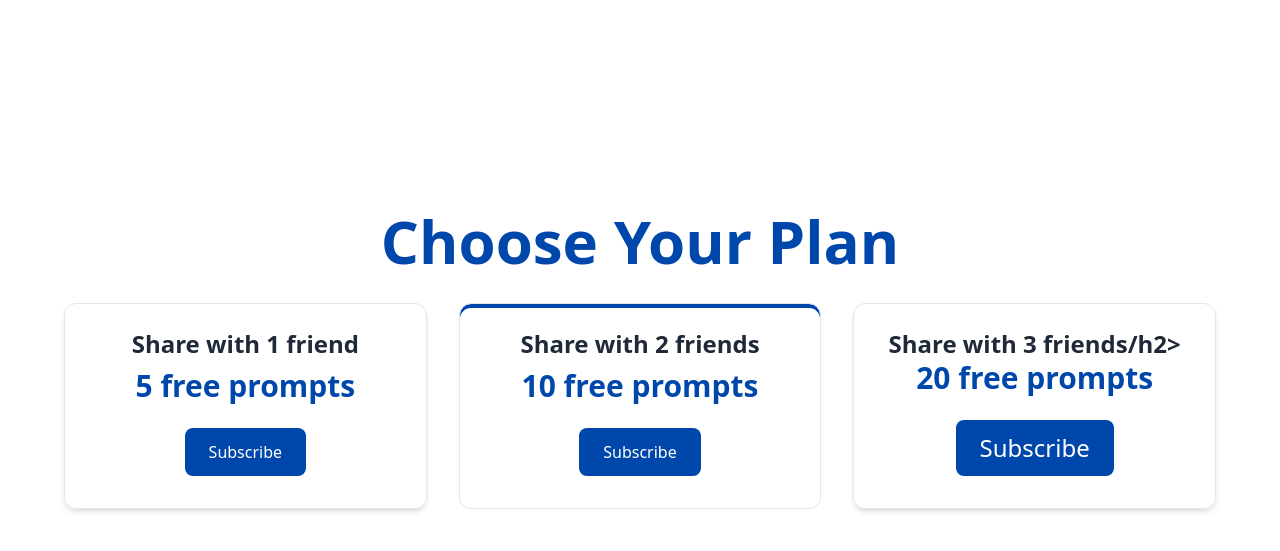
Repository: AvivGranot/IZZY
Page: public/share.html
An editor plug-in stored every save of this project. The page is shown before and after the next save, followed by the edit.
The browser window is 1280 px wide. The pictures show the whole page.
Some web libraries are served in a nearby version.

Above is the page before, as saved 2025-04-10 20:17:40.

After the next save:
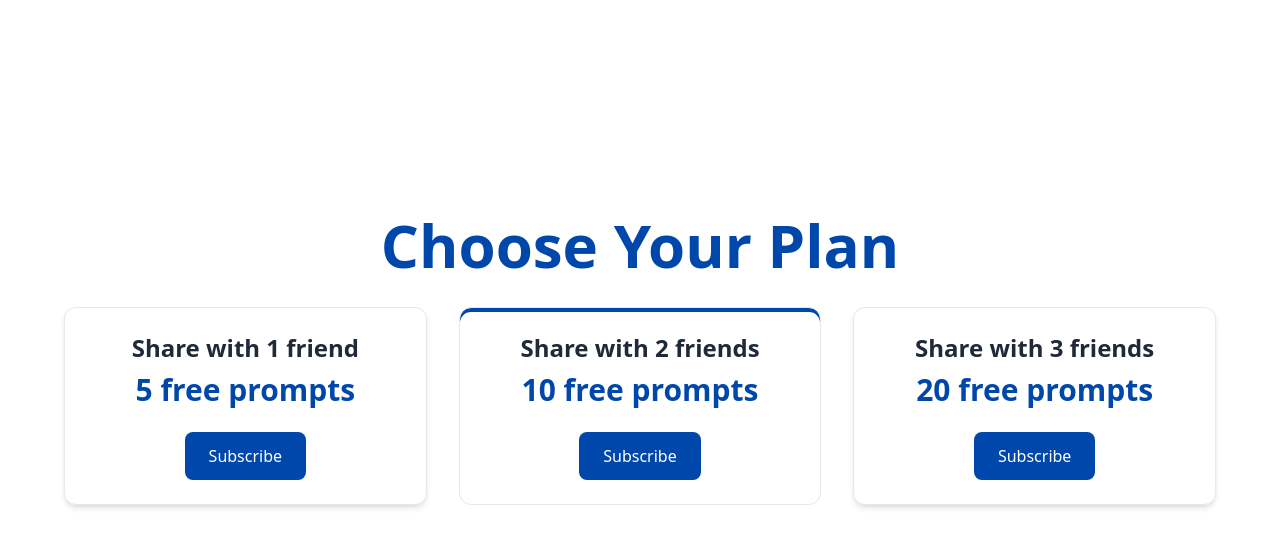
Saved 25 s later.
--- a/public/share.html
+++ b/public/share.html
@@ -55,7 +55,7 @@
 
       <!-- Share with 3 friend  -->
       <div class="border border-gray-200 rounded-xl p-6 shadow-md text-center">
-        <h2 class="text-2xl font-semibold mb-2">Share with 3 friends/h2>
+        <h2 class="text-2xl font-semibold mb-2">Share with 3 friends</h2>
         <p class="text-3xl font-bold text-[#0047AB] mb-4">20 free prompts</p>
         <ul class="text-left mb-6 space-y-2">
           </ul>
